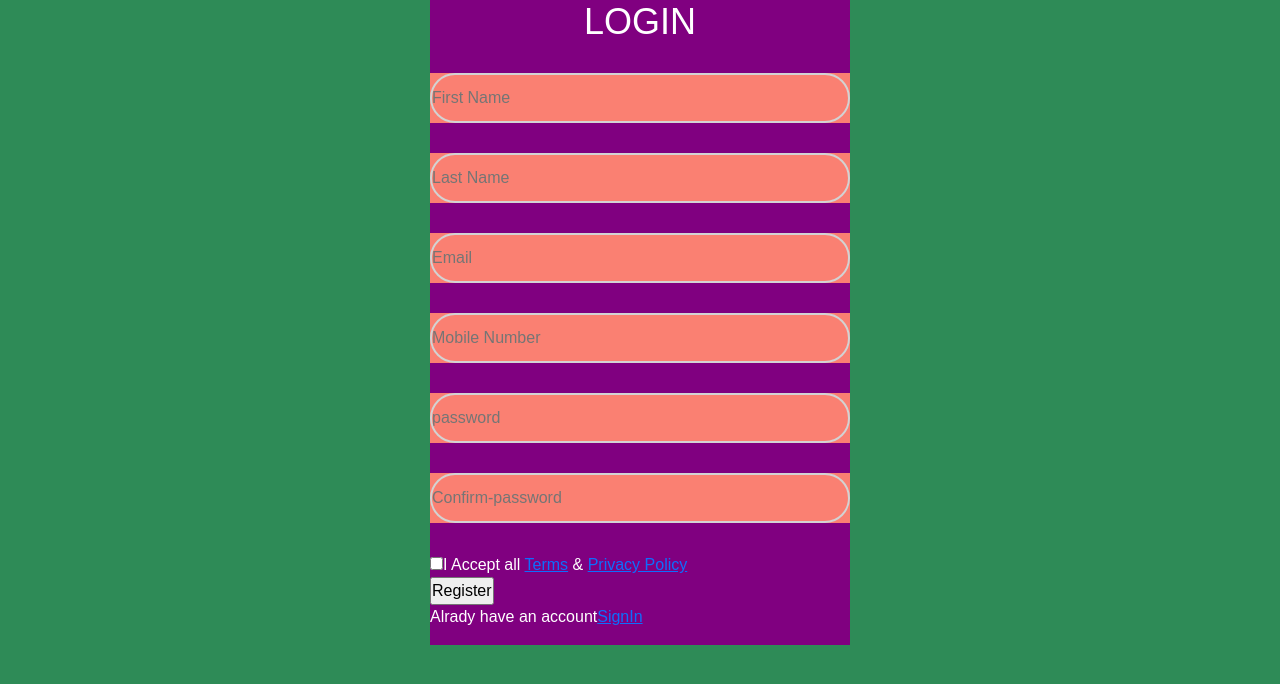
Repository: 05Mohammedismail/xworkz--Advance-Java
Page: Sep11_RegisterationForm/src/main/webapp/Register.html
An editor plug-in stored every save of this project. The page is shown before and after the next save, followed by the edit.
The browser window is 1280 px wide. The pictures show the whole page.

Above is the page before, as saved 2023-09-12 02:21:29.

### Sep11_RegisterationForm/src/main/webapp/Register.html
<!doctype html>
<html lang="en">
  <head>
    <meta charset="utf-8">
    <meta name="viewport" content="width=device-width, initial-scale=1">
    <title>Registration Form</title>
    <link href="https://cdn.jsdelivr.net/npm/bootstrap@5.3.1/dist/css/bootstrap.min.css" rel="stylesheet" integrity="sha384-4bw+/aepP/YC94hEpVNVgiZdgIC5+VKNBQNGCHeKRQN+PtmoHDEXuppvnDJzQIu9" crossorigin="anonymous">
</head>
<style>
 * {
margin: 0;
padding: 0;
box-sizing: border-box;
font-family: "poppins", sans-serif;
}

body {
display: flex;
justify-content: center;
align-items: center;
min-height: 100hv;
background: seagreen;

}

.wrapper{
width: 420px;
background: purple;
color: white;

}

.wrapper h1{
font-size: 36px;
text-align: center;
}

.wrapper .input-box{
width: 100%;
height: 50px;
background: salmon;
margin: 30px 0;
}

.input-box input{
width: 100%;
height: 100%;
background: transparent;
border: none;
outline: none;
border: 2px solid lightgray;
border-radius: 40px;
}

</style>
<body>

<div class="wrapper">
 <form action="">
 	<h1>LOGIN</h1>

 	<div class = "input-box">
 	<input type="text" placeholder="First Name" required="required">
 	</div>

 	<div class = "input-box">
 	<input type="text" placeholder="Last Name" required="required">
 	</div>

 	<div class = "input-box">
 	<input type="email" placeholder="Email" required="required">
 	</div>

 	<div class = "input-box">
 	<input type="number" placeholder="Mobile Number" required="required">
 	</div>

 	<div class = "input-box">
 	<input type="password" placeholder="password" required="required">
 	</div>

 	<div class = "input-box">
 	<input type="password" placeholder="Confirm-password" required="required">
 	</div>

 	<div class="remember-me">
 	<label> <input type="checkbox">I Accept all <a href="#">Terms</a> & <a href="#">Privacy Policy</a> </label>
 	</div>

 	<input type="submit" value="Register">


 	<div class="already-have">
 	<p> Alrady have an account<a href="#">SignIn</a> </p>
 	</div>



 </form>
</div>


<script src="https://cdn.jsdelivr.net/npm/bootstrap@5.3.1/dist/js/bootstrap.bundle.min.js" integrity="sha384-HwwvtgBNo3bZJJLYd8oVXjrBZt8cqVSpeBNS5n7C8IVInixGAoxmnlMuBnhbgrkm" crossorigin="anonymous"></script>
</body>
</html>

After the next save:
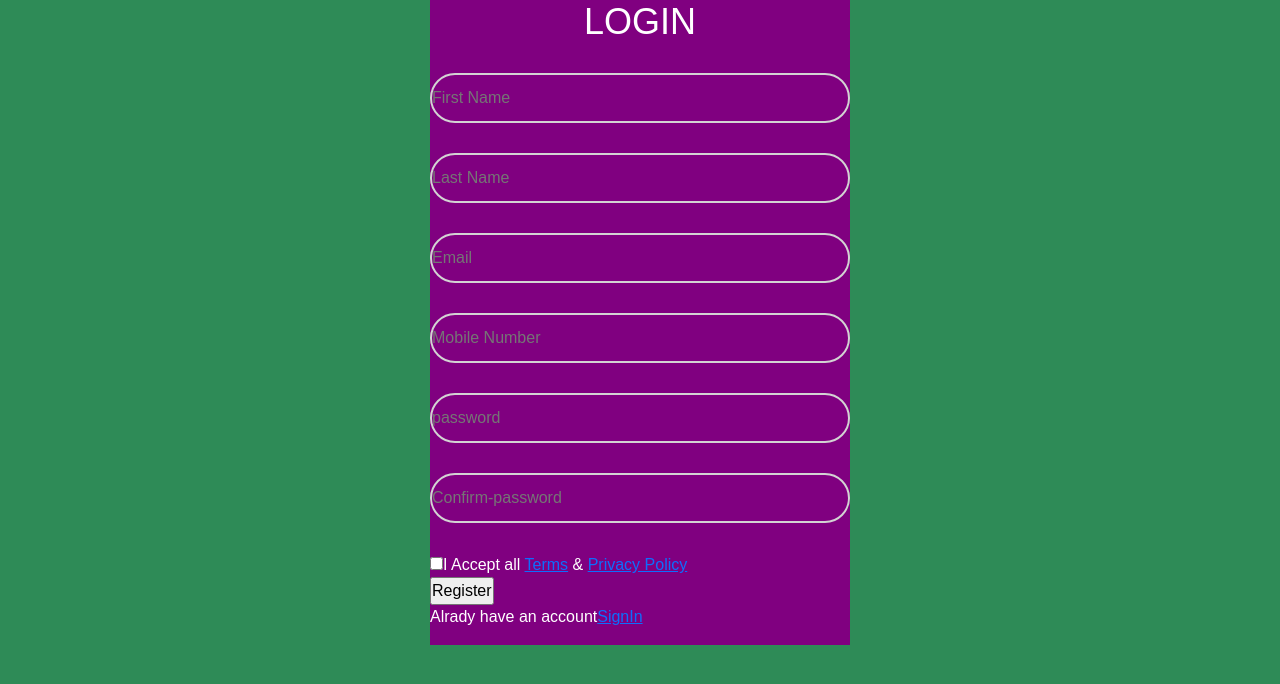
Saved 107 s later.
--- a/Sep11_RegisterationForm/src/main/webapp/Register.html
+++ b/Sep11_RegisterationForm/src/main/webapp/Register.html
@@ -38,7 +38,6 @@ text-align: center;
 .wrapper .input-box{
 width: 100%;
 height: 50px;
-background: salmon;
 margin: 30px 0;
 }
 
